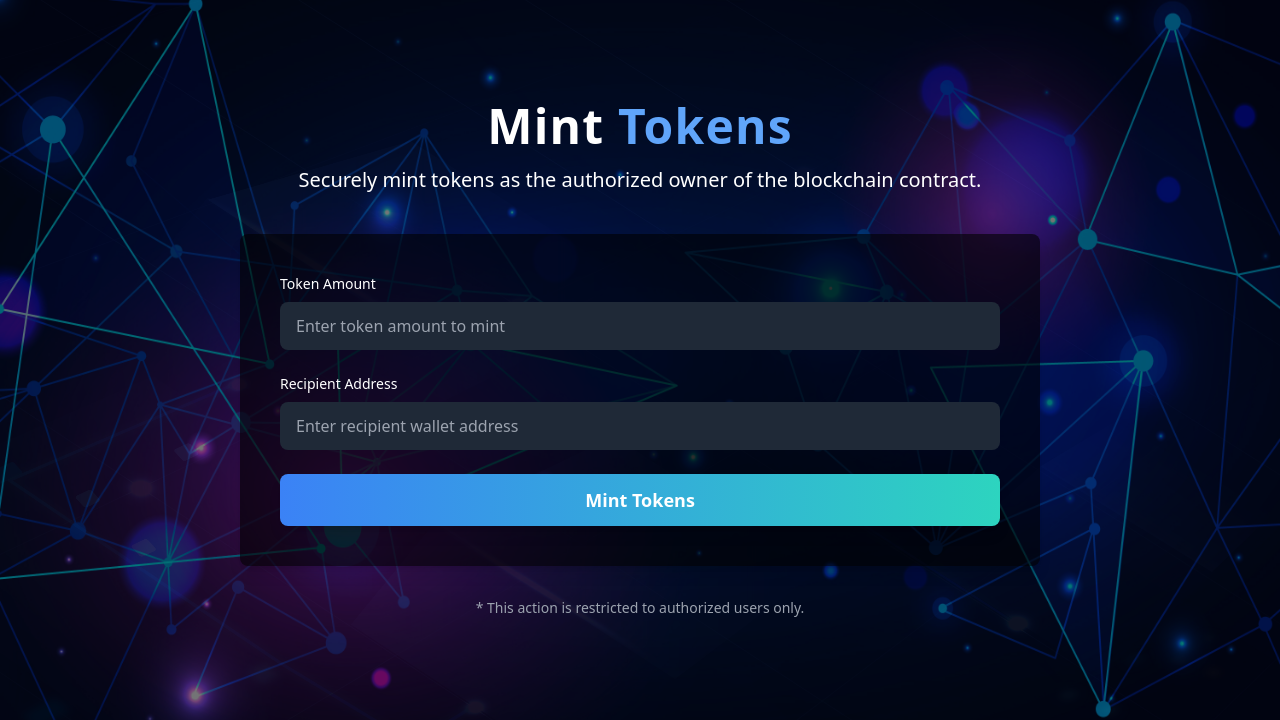
Repository: gloriousnetworker/project-osaa
Page: /mint
An editor plug-in stored every save of this project. The page is shown before and after the next save, followed by the edit.
The browser window is 1280 px wide. The pictures show the whole page.
The project was rebuilt for these pictures with package versions that can differ from the ones it lists, and the page was loaded fresh each time. Also part of the build but not shown: vite.config.js, src/pages/Home.jsx, src/pages/Transfer.jsx, src/pages/Balance.jsx.

Above is the page before, as saved 2025-01-18 07:47:00.

### src/index.css
@tailwind base;
@tailwind components;
@tailwind utilities;

/* Background Animation */
.bg-animation {
  animation: backgroundChange 15s infinite;
  background-image: url("/background1.jpg");
  background-size: cover;
  background-repeat: no-repeat;
  background-position: center;
}

@keyframes backgroundChange {
  0% {
    background-image: url("/background1.jpg");
  }
  33% {
    background-image: url("/background2.jpg");
  }
  66% {
    background-image: url("/background3.jpg");
  }
  100% {
    background-image: url("/background1.jpg");
  }
}

/* Typing and Deleting Effect */
.typing-effect {
  font-family: "Courier New", Courier, monospace;
  white-space: nowrap;
  overflow: hidden;
  display: inline-block;
  border-right: 3px solid rgba(255, 255, 255, 0.75); /* Blinking cursor */
  animation: typing 8s steps(40, end), erasing 8s steps(40, end) 16s, typing-reverse 8s steps(40, end) 24s, erasing-reverse 8s steps(40, end) 32s infinite, blink 0.75s step-end infinite;
}

/* Typing forward animation */
@keyframes typing {
  from {
    width: 0;
  }
  to {
    width: 100%;
  }
}

/* Erasing forward animation */
@keyframes erasing {
  from {
    width: 100%;
  }
  to {
    width: 0;
  }
}

/* Typing reverse animation */
@keyframes typing-reverse {
  from {
    width: 0;
  }
  to {
    width: 100%;
  }
}

/* Erasing reverse animation */
@keyframes erasing-reverse {
  from {
    width: 100%;
  }
  to {
    width: 0;
  }
}

/* Blinking cursor effect */
@keyframes blink {
  from {
    border-color: rgba(255, 255, 255, 0.75);
  }
  to {
    border-color: transparent;
  }
}

### src/App.jsx
import React from 'react';
import { BrowserRouter as Router, Routes, Route } from 'react-router-dom';
import Home from './pages/Home';
import Mint from './pages/Mint';
import Transfer from './pages/Transfer';
import Balance from './pages/Balance';

const App = () => {
  return (
    <Router>
      <Routes>
        <Route path="/" element={<Home />} />
        <Route path="/mint" element={<Mint />} />
        <Route path="/transfer" element={<Transfer />} />
        <Route path="/balance" element={<Balance />} />
      </Routes>
    </Router>
  );
};

export default App;

### src/pages/Mint.jsx
import React, { useState } from "react";
import { toast, ToastContainer } from "react-toastify";
import "react-toastify/dist/ReactToastify.css";

const MintTokens = () => {
  const [amount, setAmount] = useState("");
  const [recipient, setRecipient] = useState("");

  // Handle form submission
  const handleSubmit = (e) => {
    e.preventDefault();

    console.log('Form submitted', amount, recipient);  // Debugging line to check form values

    // Simulate minting logic (replace with actual blockchain logic)
    if (amount > 0 && recipient) {
      console.log('Minting successful');  // Debugging line to check if condition is met
      // Successful minting
      toast.success("Tokens successfully minted!", {
        position: toast.POSITION.BOTTOM_RIGHT,
        className: "toast-success",
        bodyClassName: "toast-body",
        autoClose: 5000,
      });
    } else {
      console.log('Minting failed');  // Debugging line to check if failure condition is met
      // Failure
      toast.error("Failed to mint tokens. Check your inputs.", {
        position: toast.POSITION.BOTTOM_RIGHT,
        className: "toast-error",
        bodyClassName: "toast-body",
        autoClose: 5000,
      });
    }
  };

  return (
    <div className="min-h-screen flex flex-col items-center justify-center bg-animation relative">
      {/* Overlay for readability */}
      <div className="absolute top-0 left-0 w-full h-full bg-black bg-opacity-50 -z-5"></div>

      {/* Content Section */}
      <div className="z-10 text-center text-white px-6 lg:px-12 max-w-4xl w-full">
        {/* Page Header */}
        <h1 className="text-4xl lg:text-5xl font-bold tracking-wide mb-4">
          Mint <span className="text-blue-400">Tokens</span>
        </h1>
        <p className="text-lg lg:text-xl font-medium mb-10">
          Securely mint tokens as the authorized owner of the blockchain contract.
        </p>

        {/* Mint Form */}
        <form className="bg-black bg-opacity-60 p-6 lg:p-10 rounded-lg shadow-lg" onSubmit={handleSubmit}>
          {/* Token Amount */}
          <div className="mb-6">
            <label htmlFor="amount" className="block text-left text-sm font-medium mb-2">
              Token Amount
            </label>
            <input
              type="number"
              id="amount"
              name="amount"
              value={amount}
              onChange={(e) => setAmount(e.target.value)}
              className="w-full py-3 px-4 rounded-lg bg-gray-800 text-white focus:ring-2 focus:ring-blue-500 outline-none"
              placeholder="Enter token amount to mint"
              required
            />
          </div>

          {/* Recipient Address */}
          <div className="mb-6">
            <label htmlFor="recipient" className="block text-left text-sm font-medium mb-2">
              Recipient Address
            </label>
            <input
              type="text"
              id="recipient"
              name="recipient"
              value={recipient}
              onChange={(e) => setRecipient(e.target.value)}
              className="w-full py-3 px-4 rounded-lg bg-gray-800 text-white focus:ring-2 focus:ring-blue-500 outline-none"
              placeholder="Enter recipient wallet address"
              required
            />
          </div>

          {/* Submit Button */}
          <button
            type="submit"
            className="w-full py-3 bg-gradient-to-r from-blue-500 to-teal-400 hover:from-teal-400 hover:to-blue-500 text-white rounded-lg text-lg font-semibold shadow-lg hover:shadow-xl transition-all"
          >
            Mint Tokens
          </button>
        </form>

        {/* Notes Section */}
        <p className="mt-8 text-sm text-gray-400">
          * This action is restricted to authorized users only.
        </p>
      </div>

      {/* Toastr Container */}
      <ToastContainer
        position="bottom-right"
        autoClose={5000}
        hideProgressBar
        newestOnTop
        closeOnClick
        rtl={false}
        pauseOnFocusLoss
        draggable
        pauseOnHover
        theme="dark"
      />
    </div>
  );
};

export default MintTokens;

### tailwind.config.js
module.exports = {
  content: [
    "./index.html",
    "./src/**/*.{js,jsx,ts,tsx}",
  ],
  theme: {
    extend: {
      fontFamily: {
        'times': ['Times New Roman', 'serif'],
      },
    },
  },
  plugins: [],
};

Loaded but not shown: index.html (common file); src/main.jsx (common file)

After the next save:
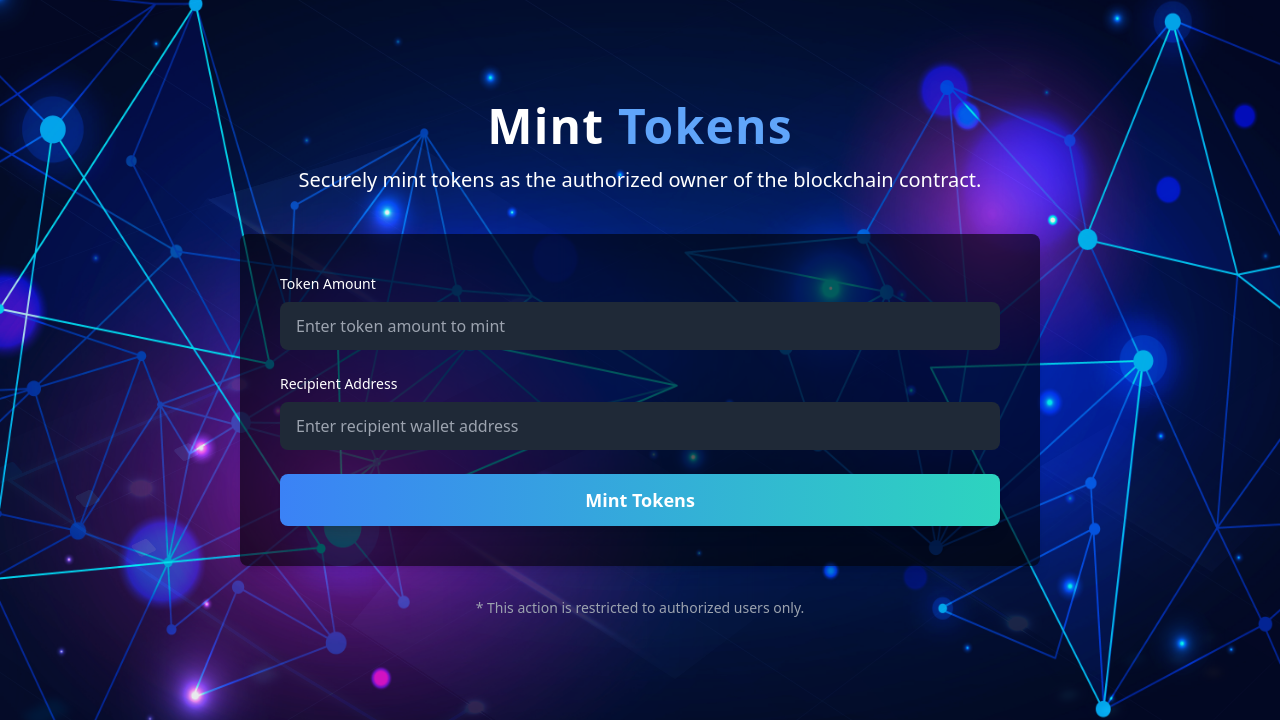
Saved 87 s later.
--- a/src/pages/Mint.jsx
+++ b/src/pages/Mint.jsx
@@ -10,11 +10,8 @@
   const handleSubmit = (e) => {
     e.preventDefault();
 
-    console.log('Form submitted', amount, recipient);  // Debugging line to check form values
-
     // Simulate minting logic (replace with actual blockchain logic)
     if (amount > 0 && recipient) {
-      console.log('Minting successful');  // Debugging line to check if condition is met
       // Successful minting
       toast.success("Tokens successfully minted!", {
         position: toast.POSITION.BOTTOM_RIGHT,
@@ -23,7 +20,6 @@
         autoClose: 5000,
       });
     } else {
-      console.log('Minting failed');  // Debugging line to check if failure condition is met
       // Failure
       toast.error("Failed to mint tokens. Check your inputs.", {
         position: toast.POSITION.BOTTOM_RIGHT,
@@ -37,7 +33,7 @@
   return (
     <div className="min-h-screen flex flex-col items-center justify-center bg-animation relative">
       {/* Overlay for readability */}
-      <div className="absolute top-0 left-0 w-full h-full bg-black bg-opacity-50 -z-5"></div>
+      <div className="absolute top-0 left-0 w-full h-full bg-black bg-opacity-50 -z-10"></div>
 
       {/* Content Section */}
       <div className="z-10 text-center text-white px-6 lg:px-12 max-w-4xl w-full">
@@ -112,6 +108,7 @@
         draggable
         pauseOnHover
         theme="dark"
+        className="z-50" // Ensure it stays on top of everything
       />
     </div>
   );
